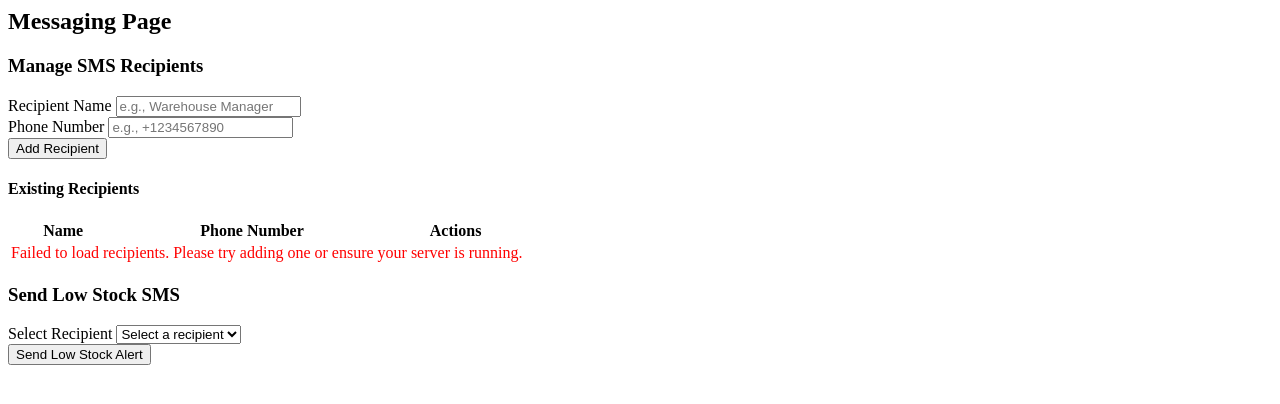
Repository: AdrianLeAsian/InventorySystem
Page: http://localhost/pages/messaging.php
These files come from the project's save history. The page is drawn as it stood at one moment and after the next save; the edit follows.
The browser window is 1280 px wide. The pictures show the whole page.
The page is run by PHP 8.4 with error messages shown; the project is at /var/www/html/.

Above is the page before, as saved 2025-07-16 12:02:02.

After the next save:
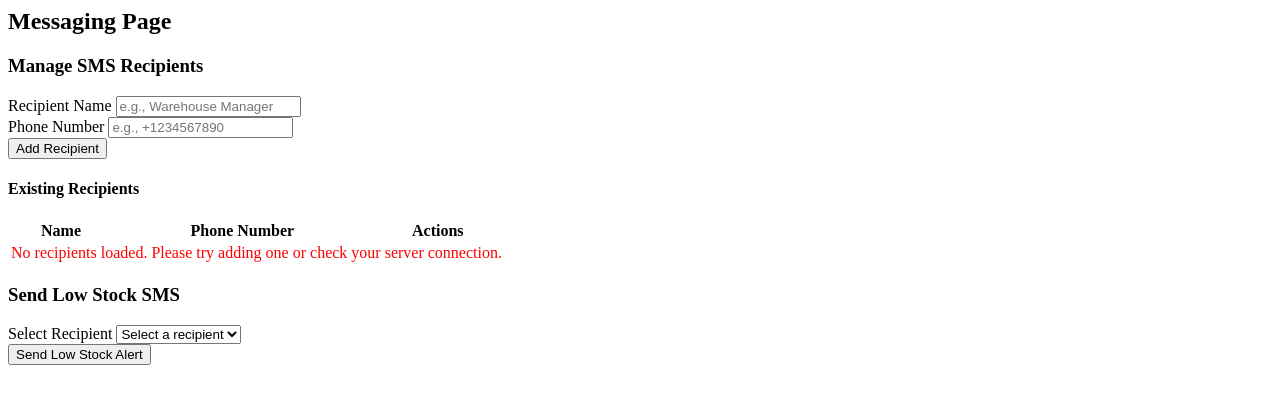
Saved 46 s later.
--- a/js/messaging.js
+++ b/js/messaging.js
@@ -134,7 +134,7 @@ document.addEventListener('DOMContentLoaded', function() {
             })
             .catch(error => {
                 console.error('Error loading recipients:', error);
-                recipientsTableBody.innerHTML = '<tr><td colspan="3" style="color: red;">Failed to load recipients. Please try adding one or ensure your server is running.</td></tr>';
+                recipientsTableBody.innerHTML = '<tr><td colspan="3" style="color: red;">No recipients loaded. Please try adding one or check your server connection.</td></tr>';
             });
     }
 
